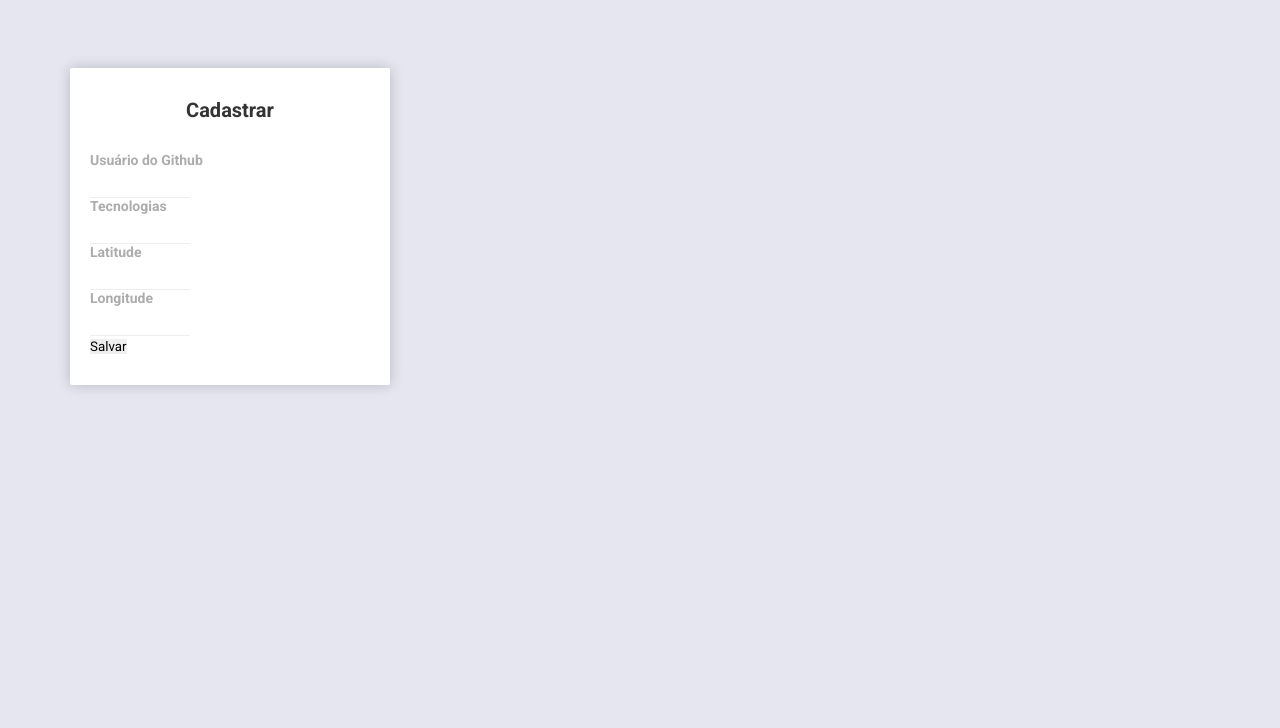
Repository: Jonatas-Castro/react_frontend
Page: /
The author's editor kept a copy of each file at every save. The page is drawn from the files as they stood at one save, then again after the next save.
The browser window is 1280 px wide. The pictures show the whole page.
The project was rebuilt for these pictures with package versions that can differ from the ones it lists, and the page was loaded fresh each time. Also part of the build but not shown: src/Mean.css.

Above is the page before, as saved 2020-01-16 15:11:50.

After the next save:
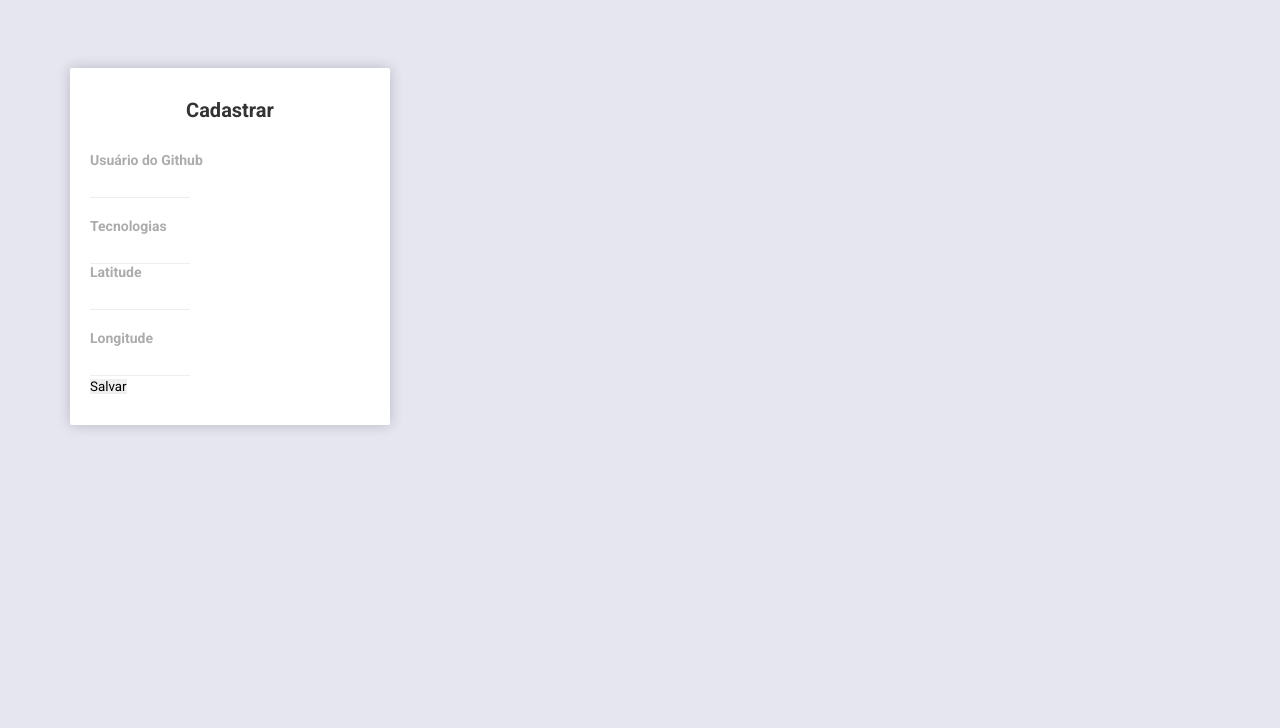
Saved 55 s later.
--- a/src/Sidebar.css
+++ b/src/Sidebar.css
@@ -15,6 +15,10 @@ aside form{
     margin-top: 30px;
 
 }
+aside form .input-block +.input-block{
+    margin-top: 20px;
+}
+
 aside form .input-block label{
     color:#acacac;
     font-size: 14px;
